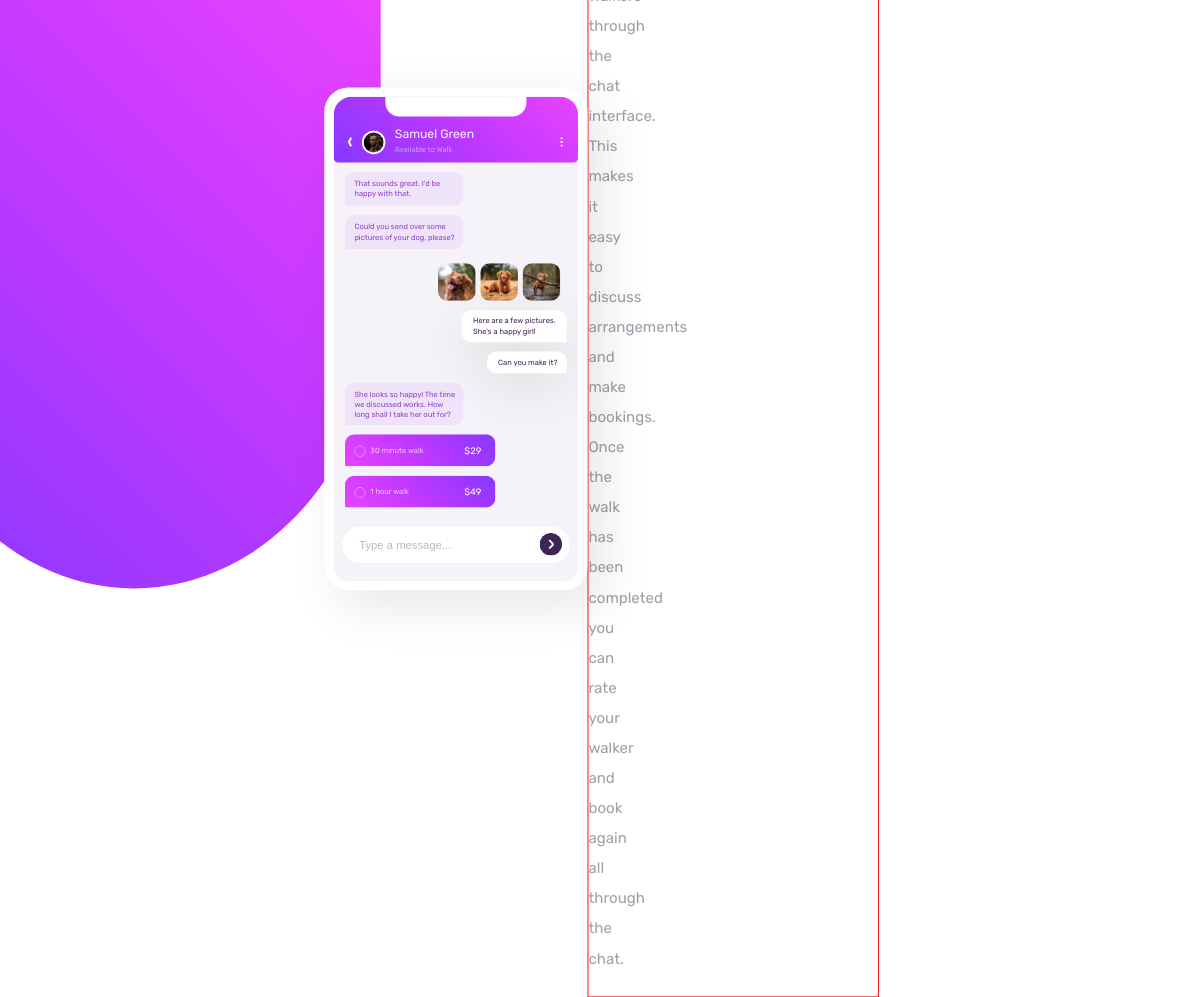
Repository: KamoliddinGIT/chat-app-css-illustration
Page: index.html
The author's editor kept a copy of each file at every save. The page is drawn from the files as they stood at one save, then again after the next save.
The browser window is 1280 px wide. The pictures show the whole page, at 94% of full size.

Above is the page before, as saved 2023-09-25 19:58:10.

### index.html
<!DOCTYPE html>
<html lang="en">
  <head>
    <meta charset="UTF-8" />
    <meta http-equiv="X-UA-Compatible" content="IE=edge" />
    <meta name="viewport" content="width=device-width, initial-scale=1.0" />
    <link
      rel="icon"
      type="image/png"
      sizes="32x32"
      href="./images/favicon-32x32.png"
    />
    <link
      href="https://fonts.googleapis.com/css2?family=Rubik:wght@400;500;700&display=swap"
      rel="stylesheet"
    />
    <link rel="stylesheet" href="./css/style.css" />
    <title>Chat App CSS Illustration</title>
  </head>
  <body>
    <div class="container">
      <div class="bg"></div>
      <div class="card">
        <div class="header">
          <div class="cam"></div>
          <div class="header_contents">
            <div class="header-left-side">
              <img
                src="./images/arrow.svg"
                alt="left_arrow"
                class="back_icon"
              />
              <img class="avatar" src="./images/avatar.jpg" alt="avatar" />
              <h2>
                Samuel Green <br />
                <span>Available to Walk </span>
              </h2>
            </div>
            <img src="./images/menu.svg" alt="menu" class="menu" />
          </div>
        </div>
        <div class="card-messages">
          <div class="receive-message">
            That sounds great. I'd be happy with that.
          </div>
          <div class="receive-message">
            Could you send over some pictures of your dog, please?
          </div>
          <div class="sent-photo">
            <img src="./images/dog-image-1.jpg" alt="dog1" />
            <img src="./images/dog-image-2.jpg" alt="dog2" />
            <img src="./images/dog-image-3.jpg" alt="dog3" />
          </div>
          <div class="sent-msg">
            Here are a few pictures. She's a happy girl!
          </div>
          <div class="next-msg">Can you make it?</div>
          <div class="receive-message">
            She looks so happy! The time we discussed works. How long shall I
            take her out for?
          </div>
          <div class="receive-price">
            <div class="circle"></div>
            <span class="times">30 minute walk </span>
            <div class="price">$29</div>
          </div>
          <div class="receive-price">
            <div class="circle"></div>
            <span class="times">1 hour walk </span>
            <div class="price">$49</div>
          </div>
          <input
            type="text"
            placeholder="Type a message..."
            class="input-msg"
          />
        </div>
      </div>
      <div class="right-side">
        <h1>Simple booking</h1>
        <p>
          Stay in touch with our dog walkers through the chat interface. This
          makes it easy to discuss arrangements and make bookings. Once the walk
          has been completed you can rate your walker and book again all through
          the chat.
        </p>
      </div>
    </div>
  </body>
</html>

### css/style.css
* {
  margin: 0;
  padding: 0;
  box-sizing: border-box;
}

.container {
  width: 100%;
  height: 100vh;
  display: flex;
  justify-content: center;
  align-items: center;
  background-color: white;
  font-family: "Rubik", sans-serif;
}

.bg {
  width: 525px;
  height: 87%;
  left: -120px;
  top: 0;
  position: absolute;
  background-image: linear-gradient(
    45deg,
    hsl(264deg 100% 61%) 0%,
    hsl(280deg 100% 61%) 50%,
    hsl(293deg 100% 63%) 100%
  );
  border-radius: 0 0 50% 50%;
}

.card {
  z-index: 99;
  width: 280px;
  height: 535px;
  border-radius: 1.6rem;
  background-color: hsl(270, 20%, 96%);
  border: 10px solid white;
  box-shadow: 1rem 1rem 3.5rem rgba(0, 0, 0, 0.1);
  overflow: hidden;
}

.header {
  display: flex;
  justify-content: center;
  align-items: center;
  color: white;
  position: relative;
  width: 100%;
  height: 70px;
  border-radius: 1.2rem 1.2rem 5px 5px;
  display: flex;
  flex-direction: column;
  align-items: center;
  background-image: linear-gradient(
    45deg,
    hsl(264deg 100% 61%) 0%,
    hsl(280deg 100% 61%) 50%,
    hsl(293deg 100% 63%) 100%
  );
}

.cam {
  width: 150px;
  height: 22px;
  top: 0;
  background-color: white;
  border-radius: 0 0 15px 15px;
  position: absolute;
  margin: -1px auto 0 auto;
}

.back_icon {
  width: 5px;
  height: 18px;
  cursor: pointer;
}

.header_contents {
  margin-top: 27px;
  width: 100%;
  height: 15px;
  display: flex;
  align-items: center;
  justify-content: space-between;
  padding: 15px;
}

.header-left-side {
  width: 164px;
  height: 29px;
  display: flex;
  align-items: center;
  gap: 10px;
}

.avatar {
  width: 25px;
  height: 25px;
  object-fit: fill;
  border-radius: 50%;
  border: 2px solid white;
}

.header-left-side h2 {
  font-size: 13px;
  font-weight: 400;
  padding-bottom: 3px;
  color: hsl(270, 20%, 96%);
}

.header-left-side h2 span {
  font-size: 8px;
  font-weight: 400;
  opacity: 0.5;
  color: hsl(270, 20%, 96%);
}

.menu {
  cursor: pointer;
  width: 5px;
}

.card-messages {
  display: flex;
  flex-direction: column;
  width: 260px;
  height: 446px;
}

.receive-message {
  width: 126px;
  min-height: 36px;
  background-color: hsla(276, 100%, 81%, 0.2);
  padding: 7px 5px 7px 10px;
  border-radius: 10px 10px 10px 2px;
  margin: 10px 0 0 12px;
  font-size: 8px;
  line-height: 11px;
  color: hsl(276, 55%, 52%);
}

.sent-photo {
  margin: 15px 12px 0 auto;
  width: 142px;
  height: 44px;
  display: flex;
  align-items: center;
}

.sent-photo img {
  width: 40px;
  height: 40px;
  border-radius: 10px;
  object-fit: fill;
  margin-inline-start: 5px;
}

.sent-msg {
  width: 133px;
  height: 34px;
  background-color: white;
  padding: 6px 10px 6px 12px;
  border-radius: 10px 10px 2px 10px;
  box-shadow: 0 1rem 3.5rem rgba(0, 0, 0, 0.1);
  margin: 10px 12px 0 auto;
  font-size: 8px;
  color: hsl(271, 36%, 24%);
  max-width: 22ch;
  line-height: 11px;
}

.next-msg {
  width: 85px;
  height: 23px;
  background-color: white;
  width: fit-content;
  padding: 6px 10px 6px 12px;
  border-radius: 10px 10px 2px 10px;
  box-shadow: 0 1rem 3.5rem rgba(0, 0, 0, 0.1);
  margin: 10px 12px 0 auto;
  font-size: 8px;
  color: hsl(271, 36%, 24%);
  max-width: 22ch;
  line-height: 11px;
}

.receive-price {
  width: 160px;
  height: 34px;
  display: inline-flex;
  align-items: center;
  gap: 5px;
  background-color: hsla(276, 100%, 81%, 0.2);
  width: 160px;
  padding: 12px 15px 10px 10px;
  border-radius: 10px 10px 10px 2px;
  margin: 10px 0 0 12px;
  color: white;
  background-image: linear-gradient(
    45deg,
    hsl(293deg 100% 63%) 0%,
    hsl(280deg 100% 61%) 50%,
    hsl(264deg 100% 61%) 100%
  );
}

.circle {
  width: 12px;
  height: 12px;
  border: 1px solid hsl(270, 20%, 96%);
  border-radius: 50%;
  opacity: 0.4;
}

.times {
  font-size: 8px;
  opacity: 0.7;
}

.price {
  font-size: 10px;
  margin-left: auto;
}

.input-msg {
  width: 93%;
  border: none;
  padding: 12px 40px 12px 18px;
  border-radius: 1.5rem;
  outline: none;
  font-weight: 500;
  color: hsl(271, 36%, 24%);
  margin: 20px auto;
  background-image: url("../images/send-icon.svg");
  background-repeat: no-repeat;
  background-position: 210px;
  background-size: 24px 24px;
}

::placeholder {
  font-size: 12px;
  opacity: 0.5;
}

.right-side {
  width: 310px;
  border: 1px solid red;
}

.right-side h1 {
  width: 100%;
  color: #3e2753;
  padding: 4rem 0 1rem 0;
  font-size: 2.5rem;
  text-align: start;
}

.right-side p {
  font-size: 16px;
  padding: 0 19rem 1.5rem 0;
  line-height: 2rem;
  text-align: start;
  color: #a39daa;
}

After the next save:
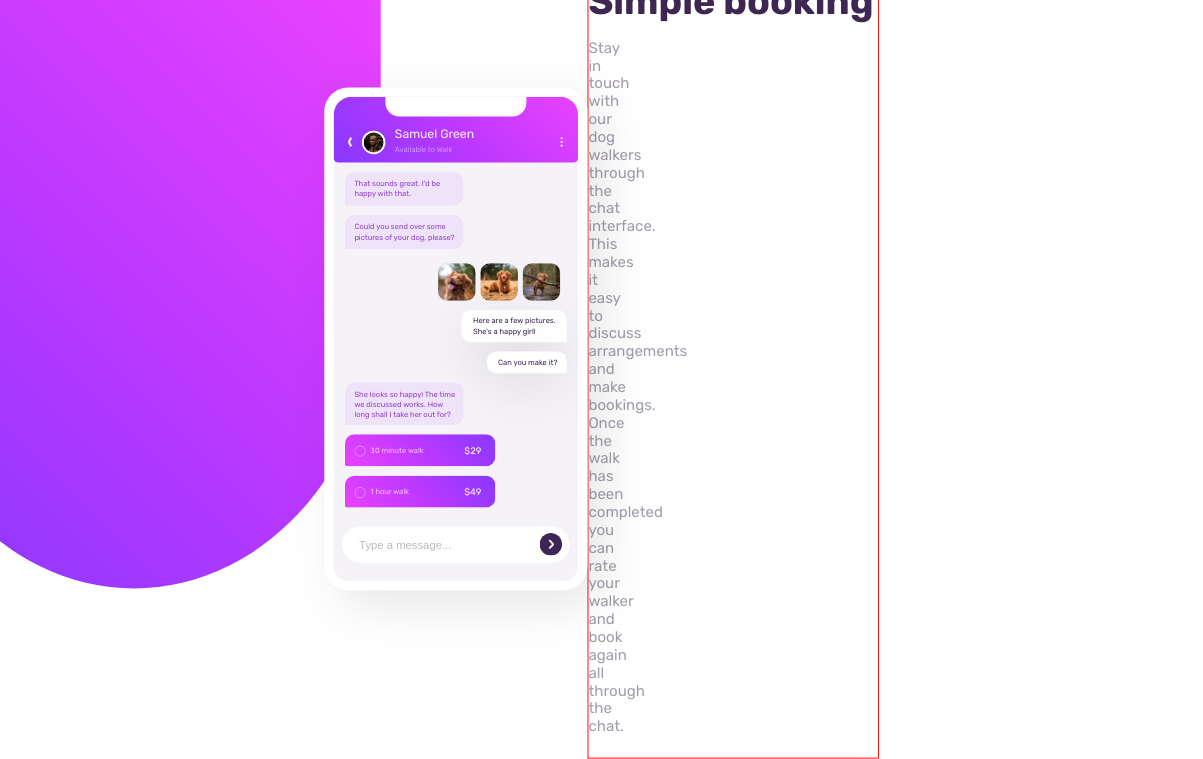
Saved 5 s later.
--- a/css/style.css
+++ b/css/style.css
@@ -259,7 +259,6 @@
 .right-side p {
   font-size: 16px;
   padding: 0 19rem 1.5rem 0;
-  line-height: 2rem;
   text-align: start;
   color: #a39daa;
 }
